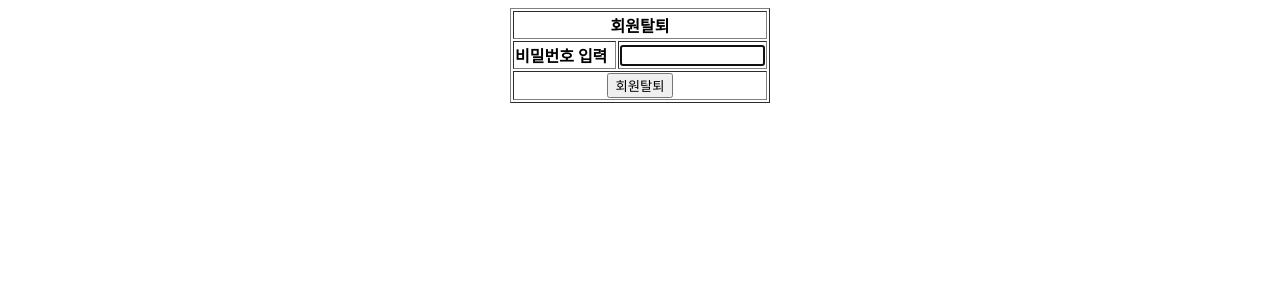
Repository: harib0h23/my-jsp-project
Page: http://localhost/ServletProject/memberone/deleteForm.jsp
These files come from the project's save history. The page is drawn as it stood at one moment and after the next save; the edit follows.
The browser window is 1280 px wide. The pictures show the whole page.
The page is served by Tomcat 9.

Above is the page before, as saved 2025-07-31 07:53:42.

After the next save:
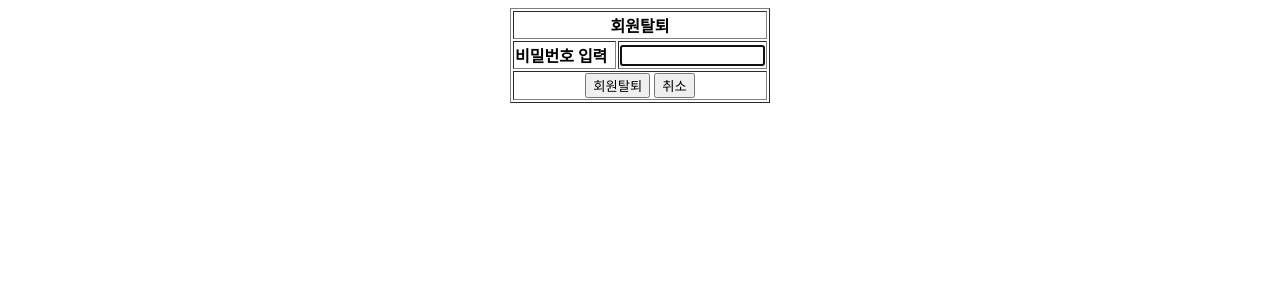
Saved 44 s later.
--- a/ServletProject/src/main/webapp/memberone/deleteForm.jsp
+++ b/ServletProject/src/main/webapp/memberone/deleteForm.jsp
@@ -26,7 +26,7 @@
 	<tr>
 		<td colspan="2" align="center">
 			<input type="submit" value="회원탈퇴">
-
+			<input type="button" value="취소" onclick="javascript:window.location=login.jsp">
 		</td>
 	</tr>
 
